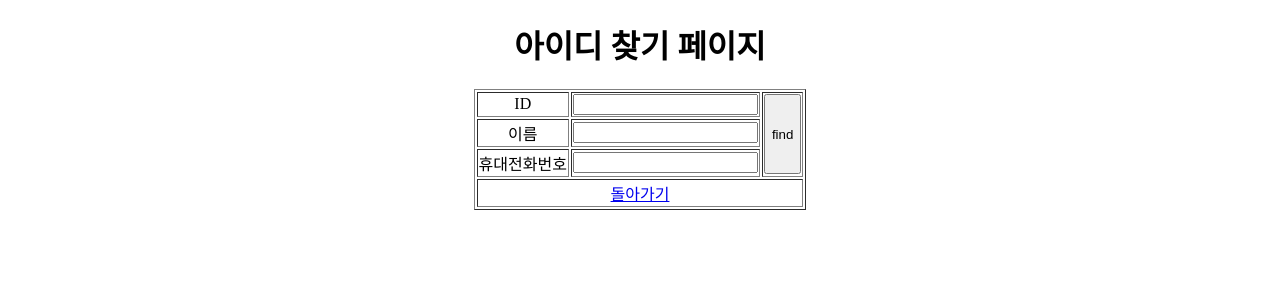
Repository: wake45/Web_Programming_Project
Page: Web_기말프로젝트_20145150_이상욱/WebP/WebContent/findPwd.html
An editor plug-in stored every save of this project. The page is shown before and after the next save, followed by the edit.
The browser window is 1280 px wide. The pictures show the whole page.

Above is the page before, as saved 2018-06-15 04:16:13.

### Web_기말프로젝트_20145150_이상욱/WebP/WebContent/findPwd.html
<!DOCTYPE html>
<html>
<head>
<meta charset="EUC-KR">
<title>Insert title here</title>
</head>
<body>
<form method=post action=findPwd.jsp>
<center>
<h1>아이디 찾기 페이지</h1>
	<table border=collapse>
		<tr>
			<td align="center">ID
			<td> <input type=text name=id>
			<td rowspan="3" align="center"><input type=submit value=find style="height: 80px;"></td>
		<tr>
			<td align="center">이름
			<td><input type=text name=name>

		<tr>
		 	<td align="center">휴대전화번호
			<td><input type=text name=number>
		<tr>
	<td colspan="4" align="center">
	<a href="login.html">돌아가기</a>
	</tr>
	</table>
</center>
</form>
</body>
</html>

After the next save:
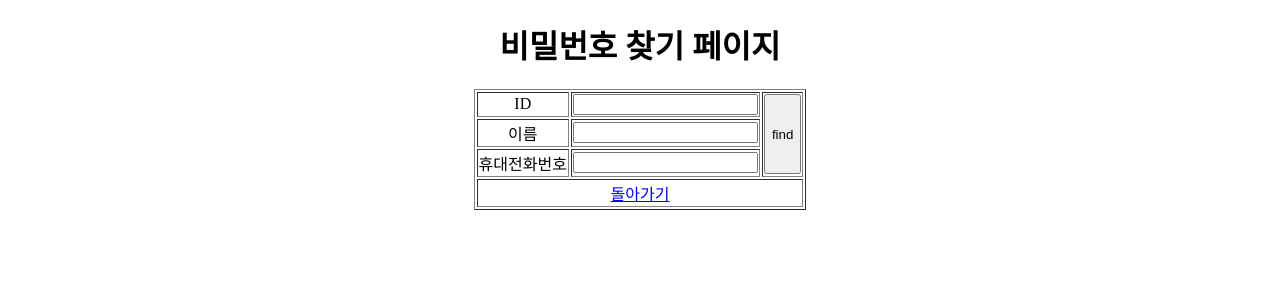
Saved 34 s later.
--- a/Web_기말프로젝트_20145150_이상욱/WebP/WebContent/findPwd.html
+++ b/Web_기말프로젝트_20145150_이상욱/WebP/WebContent/findPwd.html
@@ -7,7 +7,7 @@
 <body>
 <form method=post action=findPwd.jsp>
 <center>
-<h1>아이디 찾기 페이지</h1>
+<h1>비밀번호 찾기 페이지</h1>
 	<table border=collapse>
 		<tr>
 			<td align="center">ID
